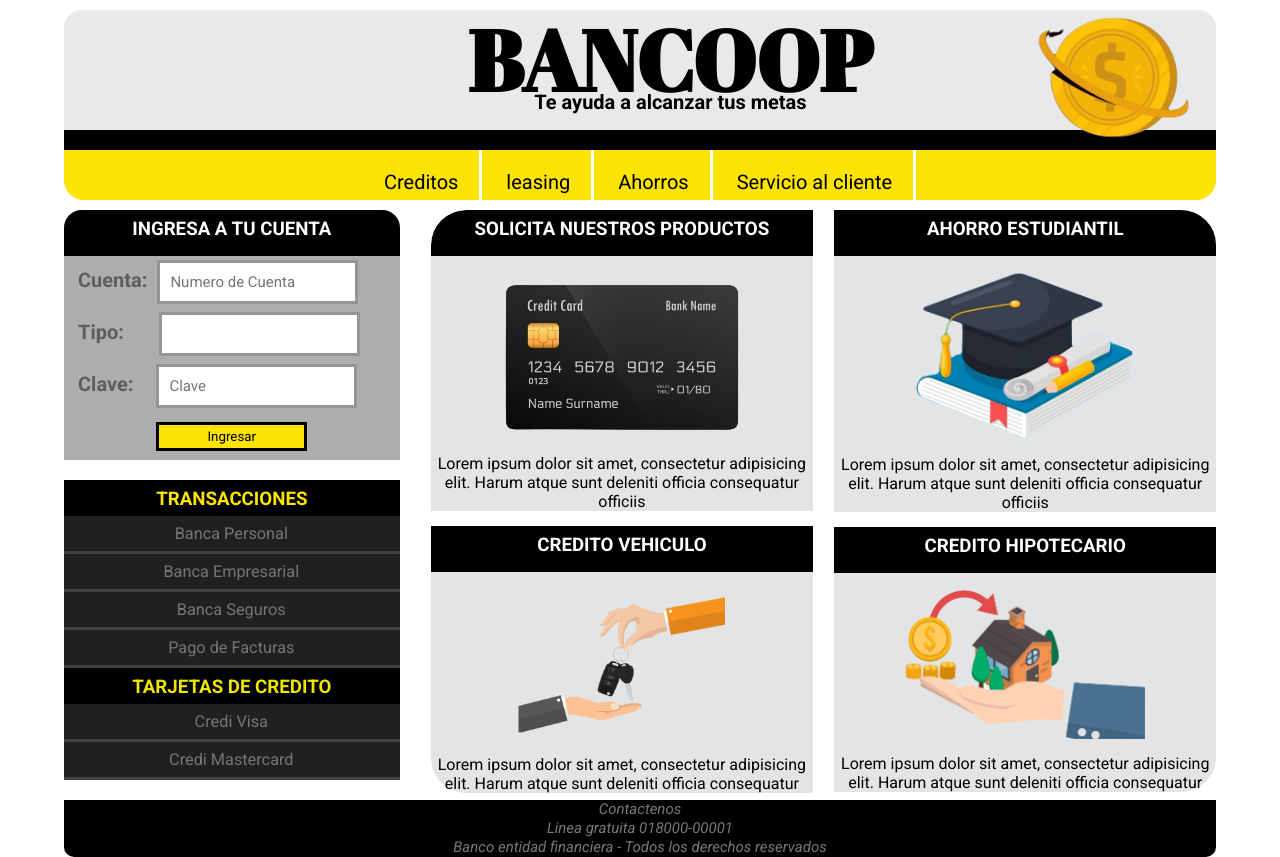
Repository: NickArregoces/BANCOOP
Page: Index.html
These files come from the project's save history. The page is drawn as it stood at one moment and after a run of saves; the edit follows.
The browser window is 1280 px wide. The pictures show the whole page.
The pointer rests on the first visible `div.credito img`.

Above is the page before, as saved 2021-10-04 20:30:50.

### Index.html
<!DOCTYPE html>
<html lang="en">
<head>
    <meta charset="UTF-8">
    <meta http-equiv="X-UA-Compatible" content="IE=edge">
    <meta name="viewport" content="width=device-width, initial-scale=1.0">
    <title>BANCOOP Home</title>
    <bgsound src="musica.mid"></bgsound>
    <link rel="stylesheet" href="/CSS/Style.css">
    <link href="https://fonts.googleapis.com/css2?family=Roboto:ital,wght@0,100;0,300;0,400;0,500;0,700;0,900;1,100;1,300;1,400;1,500;1,700;1,900&display=swap" rel="stylesheet">
    <link rel="preconnect" href="https://fonts.googleapis.com">
    <link rel="preconnect" href="https://fonts.gstatic.com" crossorigin>
    <link href="https://fonts.googleapis.com/css2?family=Abril+Fatface&display=swap" rel="stylesheet">

</head>
<body>
    <div id="head">
        <header>
            <div class="image">
                <img src="/Images/logo.png" alt="logo">
            </div>
            <div class="title" >

                <h1>BANCOOP</h1>
                <h3>Te ayuda a alcanzar tus metas</h3>
            </div>

        </header>

        <nav class="barra"></nav>

        <div class="navegador">
            <ul class="menu">
                <li><a href="#">Creditos</a></li>
                <li><a href="#">leasing</a></li>
                <li><a href="#">Ahorros</a></li>
                <li><a href="#">Servicio al cliente</a></li>
            </ul>
        </div>

    </div>
        <div id="Contenido">
            <div class="section">
                <form action="" class="login">
                    <h3 style="color: rgb(255, 255, 255);">INGRESA A TU CUENTA</h3>
                        <div class="cuenta">
                            <h4>Cuenta:<input type="number" placeholder="Numero de Cuenta" required></h4>
                        </div>

                        <div class="tipo">
                            <h4>Tipo:<input type="text" required></h4>
                        </div>

                        <div class="clave">
                            <h4>Clave:<input type="password" placeholder="Clave" required></h4>
                        </div>

                    <div class="center">
                        <button class="sumbit"> Ingresar </button>
                    </div>

                </form>

                <article class="opciones">
                    <h3 style="color: rgb(255, 230, 0);">TRANSACCIONES</h3>
                    <li><a href="#">Banca Personal</a></li>
                    <li><a href="#">Banca Empresarial</a></li>
                    <li><a href="#">Banca Seguros</a></li>
                    <li><a href="#">Pago de Facturas</a></li>

                    <h3 style="color: rgb(238, 230, 0);">TARJETAS DE CREDITO</h3>
                    <li><a href="#">Credi Visa</a></li>
                    <li><a href="#">Credi Mastercard</a></li>
                </article>
            </div>

            <div id="Cuadros">
                <aside>
                    <div class="solicita">
                        <h3 style="color: rgb(255, 255, 255);">SOLICITA NUESTROS PRODUCTOS</h3>

                        <div id="Prueba">
                        <img id="Prubea" src="/Images/credit.png" alt="">
                        </div>

                        <p>Lorem ipsum dolor sit amet, consectetur adipisicing elit.
                            Harum atque sunt deleniti officia consequatur officiis</p>
                    </div>

                    <div class="ahorro">
                        <h3 style="color: rgb(255, 255, 255);">AHORRO ESTUDIANTIL</h3>

                        <div id="Prueba">
                        <img id="Prubea" src="/Images/Captura de pantalla 2021-10-04 181948.png" alt="">
                        </div>

                        <p>Lorem ipsum dolor sit amet, consectetur adipisicing elit.
                            Harum atque sunt deleniti officia consequatur officiis</p>
                    </div>

                    <div class="credito">
                        <h3 style="color: rgb(255, 255, 255);">CREDITO VEHICULO</h3>

                        <div id="Prueba">
                        <img id="Prubea" src="/Images/Captura de pantalla 2021-10-04 192824.png" alt="">
                        </div>

                        <p>Lorem ipsum dolor sit amet, consectetur adipisicing elit.
                            Harum atque sunt deleniti officia consequatur</p>
                    </div>
                    <div class="hipotecario">
                        <h3 style="color: rgb(255, 255, 255);">CREDITO HIPOTECARIO</h3>

                        <div id="Prueba">
                        <img id="Prubea" src="/Images/Wallpaper(80).jpg" alt="">
                        </div>

                        <p>Lorem ipsum dolor sit amet, consectetur adipisicing elit.
                            Harum atque sunt deleniti officia consequatur </p>
                    </div>
                </aside>
            </div>

            <div>
                <footer>
                        <p>Contactenos</p>
                        <p>Linea gratuita 018000-00001</p>
                        <p>Banco entidad financiera
                        - Todos los derechos reservados</p>
                </footer>
            </div>
        </div>

</body>
</html>

### CSS/Style.css

*{
    margin: 0 auto;
    padding: 0px;
    list-style:none;
    font-family: 'Roboto', sans-serif;
}
body{
    font-family: Arial, Helvetica, sans-serif;
    background: rgb(255, 255, 255);
    width: 90%;
    color: rgb(0, 0, 0);
}
header{
    width: 100%;
    margin-top: 10px;
    background:rgb(233, 233, 233);
    border-top-left-radius:  18px;
    border-top-right-radius:  18px;
    height: 120px;
}
    img{
        float: right;
        width: 200px;
    }
    .title{
        float: right;
        width: 60%;
        margin-top: 20px;
    }
    header h1{
        font-family: 'Abril Fatface', cursive;
        font-size: 85px;
        text-align: center;
        line-height: 60px;
        display: block;
        color: black;
    }
    header h3{
        font-size: 20px;
        text-align: center;
    }

nav.barra{
    background: rgb(0, 0, 0);
    height: 20px;
}
div.navegador{
    text-align: center;
}

    ul.menu{
        border-bottom-left-radius: 20px 20px;
        border-bottom-right-radius: 20px 20px;
        background: rgb(251, 227, 3);
        height: 50px;
        list-style: none;
        padding: 0;
        max-width: 10000px;
    }
    .menu li a{
        height: 10px;
        font-size: 20px;
        margin-right: 1px;
        text-decoration: none;
        color:black;
        padding: 20px;
        display: inline-block;
    }
    .menu li {
        border-right: solid white;
        display: inline-block;
        }
    .menu li a:hover{
        background: #242323b6;
        color: white;
        }

.section{
    width: 30%;
    float: left;

}
    form{
        background: rgb(173, 173, 173);
        border-top-left-radius: 18px;
        border-top-right-radius: 18px;
        margin-top: 10px;
        margin-right:10px;
        margin-bottom: 10px;
        height: 250px;
    }
        form h3{
            text-align: center;
            background: black;
            height: 30px;
            padding: 8px;
            border-top-left-radius: 18px;
            border-top-right-radius: 18px;
        }
        form h4{
            font-size: 20px;
            padding: 4px;
            margin-left: 10px;
            color: rgb(95, 93, 93);

        }
        form input{
            font-size: 15px;
            width: 55%;
            padding: 10px;
            display: inline;
            border: solid rgb(149, 149, 149);
            margin-left: 10px;
        }
        div.clave input {
            margin-left: 23px;
        }

        div.tipo input {
            margin-left: 35px;
        }

        div.center{
            margin-top: 10px;
            margin: auto;
            text-align: center;
            width: 50%;
            cursor: pointer;
        }
        button{
            margin-top: 10px;
            width: 90%;
            padding: 4px;
            background: rgb(251, 227, 3);
            border: solid black;
            cursor: pointer;
        }
        button:hover{
            background: #242323b6;
            color: rgb(251, 227, 3);
        }

    article {
        height: 300px;
        background: rgb(32, 32, 32);
        margin-top: 20px;
        margin-right:10px;
        margin-bottom: 10px;
    }
        article h3{
            text-align: center;
            padding: 8px;
            height: 20px;
            background: black;
        }
        .opciones li a{
            font-size: 16.3px;
            margin-right: 1px;
            text-align: center;
            text-decoration: none;
            color:rgb(117, 117, 117);
            padding: 8px;
            display: inline-block;
        }
        .opciones li {
            border-bottom: solid rgba(68, 68, 68, 0.897);
            text-align: center;
            display:inline-flexbox;
            }
        .opciones li a:hover{
            background: #242323b6;
            color: rgb(251, 227, 3);
            }

aside{
    width: 69%;
    height: 580px;
    margin-top: 10px;
    float: right;
    margin-bottom: 10px;
}
    div.solicita{
        width: 48%;
        float: left;
        border-top-left-radius: 35px;
        margin-left: 10px;
        background: #e3e4e5;
        text-align:center;
        overflow:hidden;
    }
    #Prueba{
        display: flex;
        align-items: center;
        justify-content: center;
    }
        div.solicita img {
            width: 250px;
            margin-top: 15px;
            margin-bottom: 15px;
        }
        div img:hover{
            -webkit-transform:scale(1.1);
            transform:scale(1.1);
        }
        div.solicita h3{
            text-align: center;
            background: black;
            height: 30px;
            padding: 8px;
            border-top-left-radius: 35px;
        }
        div.solicita p{
            display: inline-block;
            text-align: center;
        }

    div.ahorro {
        width: 48%;
        float: right;
        border-top-right-radius: 35px;
        margin-left: 10px;
        background: #e3e4e5;
     }
        div.ahorro img {
            width: 220px;
            margin-top: 15px;
            margin-bottom: 15px;
        }
        div.ahorro h3{
            text-align: center;
            background: black;
            height: 30px;
            padding: 8px;
            border-top-right-radius: 35px;
        }
        div.ahorro p{
            display: inline-block;
            text-align: center;
        }

    div.credito {
        width: 48%;
        float: left;
        margin-top: 15px;
        border-bottom-left-radius: 35px;
        margin-left: 10px;
        background: #e3e4e5;
    }
        div.credito img {
            width: 230px;
            margin-top: 15px;
            margin-bottom: 15px;
        }
        div.credito img:hover{
            -webkit-transform:scale(0.9);
            transform:scale(0.9);
        }
        div.credito h3{
            text-align: center;
            background: black;
            height: 30px;
            padding: 8px;
        }
        div.credito p{
            display: inline-block;
            text-align: center;
        }

    div.hipotecario {
        width: 48%;
        float: right;
        border-top-right-radius: 35px;
        border-bottom-right-radius: 35px;
        margin-top: 15px;
        background: #e3e4e5;
        }
            div.hipotecario img {
                width: 240px;
                margin-top: 15px;
                margin-bottom: 15px;
            }
            div.hipotecario img:hover{
                -webkit-transform:scale(0.9);
                transform:scale(0.9);
            }
            div.hipotecario h3{
                text-align: center;
                background: black;
                height: 30px;
                padding: 8px;
            }
            div.hipotecario p{
                display: inline-block;
                text-align: center;
            }

footer{
    background: black;
    clear: both;
    border-bottom-left-radius: 10px;
    border-bottom-right-radius: 10px;
}
    footer p{
        font-size: 15px;
        text-align: center;
        line-height: 15px;
        color: rgb(121, 119, 119);
        font-style:italic;
        padding: 2px;
    }

After the next 2 saves:
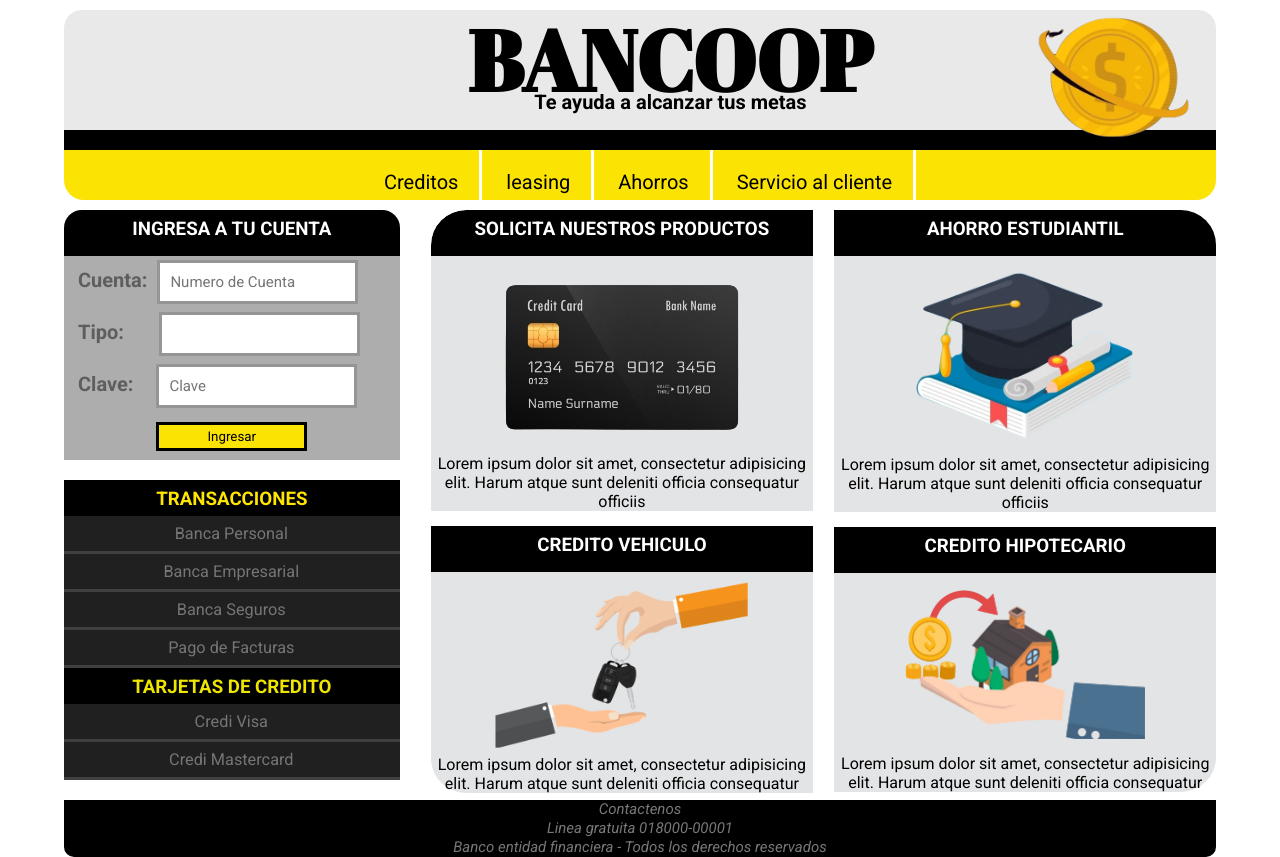
The 2 saves are shown as one change because they came seconds apart.
The last was saved 7 s later.
--- a/CSS/Style.css
+++ b/CSS/Style.css
@@ -252,10 +252,6 @@ aside{
             margin-top: 15px;
             margin-bottom: 15px;
         }
-        div.credito img:hover{
-            -webkit-transform:scale(0.9);
-            transform:scale(0.9);
-        }
         div.credito h3{
             text-align: center;
             background: black;
